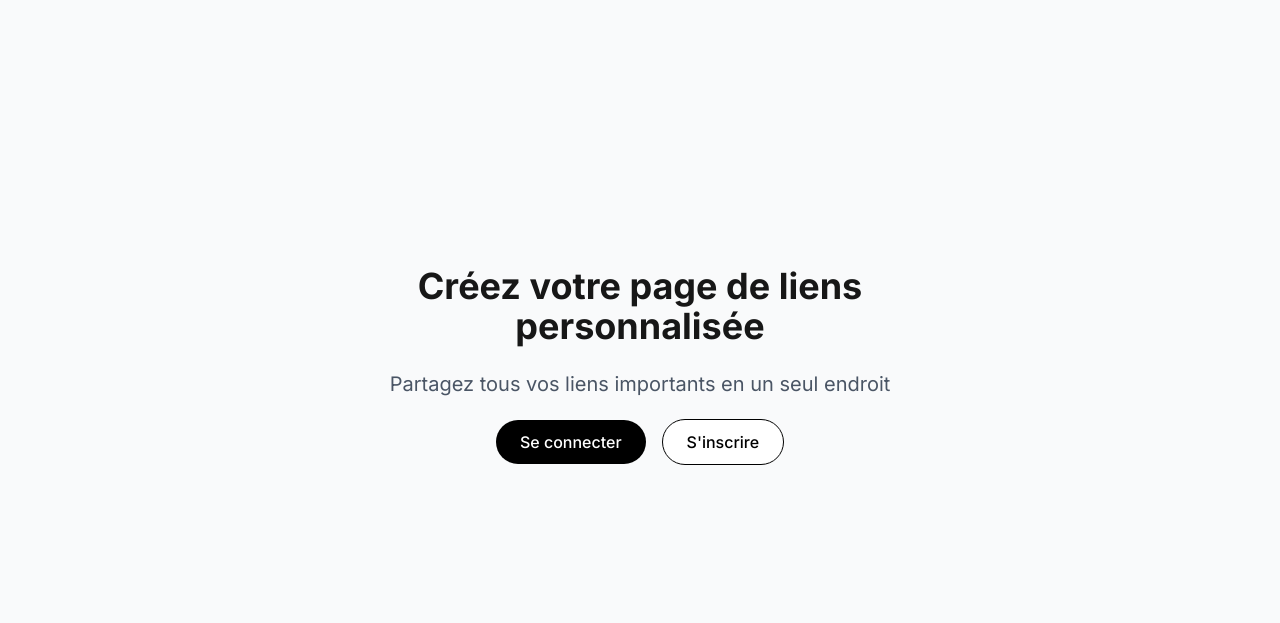
Repository: MehmetSalihK/sketur60
Page: /
An editor plug-in stored every save of this project. The page is shown before and after the next save, followed by the edit.
The browser window is 1280 px wide. The pictures show the whole page.
The project was rebuilt for these pictures with package versions that can differ from the ones it lists, and the page was loaded fresh each time. The framework's server and built-in components were replaced by stand-ins that run in the browser. Also part of the build but not shown: next.config.ts.

Above is the page before, as saved 2025-06-02 11:26:24.

### src/app/layout.tsx
import './globals.css'
import type { Metadata } from 'next'
import { Inter } from 'next/font/google'

const inter = Inter({ subsets: ['latin'] })

export const metadata: Metadata = {
  title: 'Mehmet Salih - Développeur Fullstack',
  description: 'Portfolio et liens de Mehmet Salih',
}

export default function RootLayout({
  children,
}: {
  children: React.ReactNode
}) {
  return (
    <html lang="fr" className="dark">
      <body className={inter.className}>{children}</body>
    </html>
  )
}

### src/app/page.tsx
import Link from 'next/link'

export default function Home() {
  return (
    <main className="min-h-screen flex flex-col items-center justify-center p-4 bg-gray-50">
      <div className="max-w-2xl w-full text-center">
        <h1 className="text-4xl font-bold mb-6">Créez votre page de liens personnalisée</h1>
        <p className="text-xl text-gray-600 mb-8">
          Partagez tous vos liens importants en un seul endroit
        </p>
        <div className="space-x-4">
          <Link
            href="/auth/signin"
            className="bg-black text-white px-6 py-3 rounded-full font-medium hover:bg-gray-800 transition-colors"
          >
            Se connecter
          </Link>
          <Link
            href="/auth/signup"
            className="bg-white text-black px-6 py-3 rounded-full font-medium border border-black hover:bg-gray-100 transition-colors"
          >
            S'inscrire
          </Link>
        </div>
      </div>
    </main>
  )
}

Loaded but not shown: src/app/globals.css (common file)

After the next save:
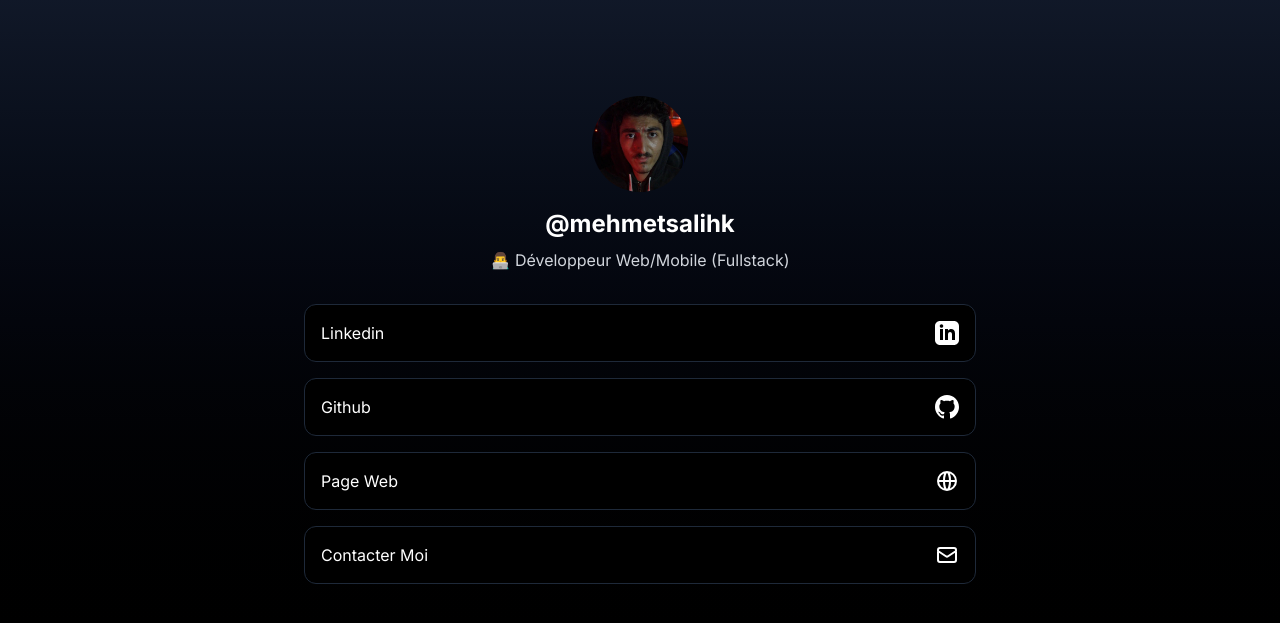
Saved 74 s later.
--- a/src/app/page.tsx
+++ b/src/app/page.tsx
@@ -1,25 +1,49 @@
+import Image from 'next/image'
 import Link from 'next/link'
 
 export default function Home() {
   return (
-    <main className="min-h-screen flex flex-col items-center justify-center p-4 bg-gray-50">
-      <div className="max-w-2xl w-full text-center">
-        <h1 className="text-4xl font-bold mb-6">Créez votre page de liens personnalisée</h1>
-        <p className="text-xl text-gray-600 mb-8">
-          Partagez tous vos liens importants en un seul endroit
+    <main className="min-h-screen bg-gradient-to-b from-gray-900 to-black text-white p-4">
+      <div className="max-w-2xl mx-auto pt-20 flex flex-col items-center">
+        {/* Photo de profil */}
+        <div className="w-24 h-24 rounded-full overflow-hidden mb-4">
+          <Image
+            src="/profile.jpg"
+            alt="Photo de profil"
+            width={96}
+            height={96}
+            className="object-cover"
+          />
+        </div>
+
+        {/* Nom d'utilisateur */}
+        <h1 className="text-2xl font-bold mb-2">@mehmetsalihk</h1>
+
+        {/* Description */}
+        <p className="text-gray-300 mb-8 text-center">
+          👨‍💻 Développeur Web/Mobile (Fullstack)
         </p>
-        <div className="space-x-4">
-          <Link
-            href="/auth/signin"
-            className="bg-black text-white px-6 py-3 rounded-full font-medium hover:bg-gray-800 transition-colors"
-          >
-            Se connecter
+
+        {/* Liste des liens */}
+        <div className="w-full space-y-4">
+          <Link href="https://linkedin.com" className="flex items-center justify-between bg-black hover:bg-gray-800 p-4 rounded-xl transition-all duration-200 border border-gray-800">
+            <span>Linkedin</span>
+            <svg className="w-6 h-6" fill="currentColor" viewBox="0 0 24 24"><path d="M19 0h-14c-2.761 0-5 2.239-5 5v14c0 2.761 2.239 5 5 5h14c2.762 0 5-2.239 5-5v-14c0-2.761-2.238-5-5-5zm-11 19h-3v-11h3v11zm-1.5-12.268c-.966 0-1.75-.79-1.75-1.764s.784-1.764 1.75-1.764 1.75.79 1.75 1.764-.783 1.764-1.75 1.764zm13.5 12.268h-3v-5.604c0-3.368-4-3.113-4 0v5.604h-3v-11h3v1.765c1.396-2.586 7-2.777 7 2.476v6.759z"/></svg>
           </Link>
-          <Link
-            href="/auth/signup"
-            className="bg-white text-black px-6 py-3 rounded-full font-medium border border-black hover:bg-gray-100 transition-colors"
-          >
-            S'inscrire
+
+          <Link href="https://github.com" className="flex items-center justify-between bg-black hover:bg-gray-800 p-4 rounded-xl transition-all duration-200 border border-gray-800">
+            <span>Github</span>
+            <svg className="w-6 h-6" fill="currentColor" viewBox="0 0 24 24"><path d="M12 0c-6.626 0-12 5.373-12 12 0 5.302 3.438 9.8 8.207 11.387.599.111.793-.261.793-.577v-2.234c-3.338.726-4.033-1.416-4.033-1.416-.546-1.387-1.333-1.756-1.333-1.756-1.089-.745.083-.729.083-.729 1.205.084 1.839 1.237 1.839 1.237 1.07 1.834 2.807 1.304 3.492.997.107-.775.418-1.305.762-1.604-2.665-.305-5.467-1.334-5.467-5.931 0-1.311.469-2.381 1.236-3.221-.124-.303-.535-1.524.117-3.176 0 0 1.008-.322 3.301 1.23.957-.266 1.983-.399 3.003-.404 1.02.005 2.047.138 3.006.404 2.291-1.552 3.297-1.23 3.297-1.23.653 1.653.242 2.874.118 3.176.77.84 1.235 1.911 1.235 3.221 0 4.609-2.807 5.624-5.479 5.921.43.372.823 1.102.823 2.222v3.293c0 .319.192.694.801.576 4.765-1.589 8.199-6.086 8.199-11.386 0-6.627-5.373-12-12-12z"/></svg>
+          </Link>
+
+          <Link href="https://votre-site.com" className="flex items-center justify-between bg-black hover:bg-gray-800 p-4 rounded-xl transition-all duration-200 border border-gray-800">
+            <span>Page Web</span>
+            <svg className="w-6 h-6" fill="none" stroke="currentColor" viewBox="0 0 24 24"><path strokeLinecap="round" strokeLinejoin="round" strokeWidth={2} d="M21 12a9 9 0 01-9 9m9-9a9 9 0 00-9-9m9 9H3m9 9a9 9 0 01-9-9m9 9c1.657 0 3-4.03 3-9s-1.343-9-3-9m0 18c-1.657 0-3-4.03-3-9s1.343-9 3-9m-9 9a9 9 0 019-9" /></svg>
+          </Link>
+
+          <Link href="mailto:contact@email.com" className="flex items-center justify-between bg-black hover:bg-gray-800 p-4 rounded-xl transition-all duration-200 border border-gray-800">
+            <span>Contacter Moi</span>
+            <svg className="w-6 h-6" fill="none" stroke="currentColor" viewBox="0 0 24 24"><path strokeLinecap="round" strokeLinejoin="round" strokeWidth={2} d="M3 8l7.89 5.26a2 2 0 002.22 0L21 8M5 19h14a2 2 0 002-2V7a2 2 0 00-2-2H5a2 2 0 00-2 2v10a2 2 0 002 2z" /></svg>
           </Link>
         </div>
       </div>
